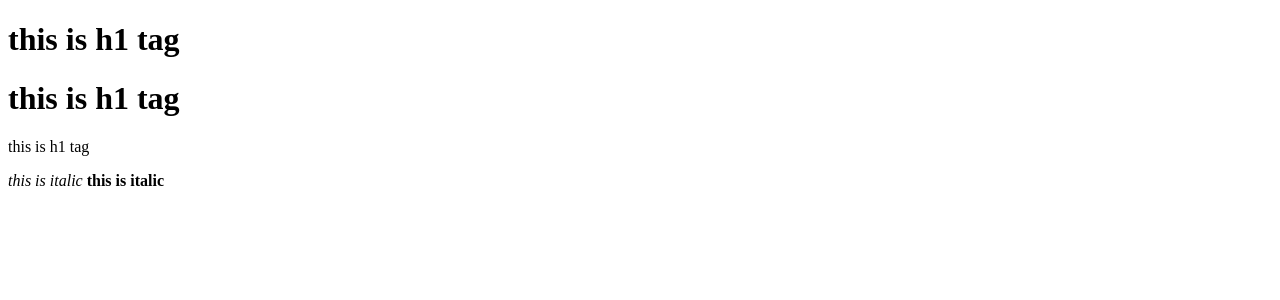
Repository: viveknaidu007/repo-113-HTML
Page: 7.html
The author's editor kept a copy of each file at every save. The page is drawn from the files as they stood at one save, then again after the next save.
The browser window is 1280 px wide. The pictures show the whole page.

Above is the page before, as saved 2024-06-12 23:21:50.

### 7.html
<!DOCTYPE html>
<html>
    <head>
        <title> image tag demo </title>
    </head>

    <body>
        <h1> this is h1 tag </h1>
        <h1> this is h1 tag </h1>
        <p> this is h1 tag </p>
        <i> this is italic </i>  <b> this is italic</b>


    </body>

</html>

After the next save:
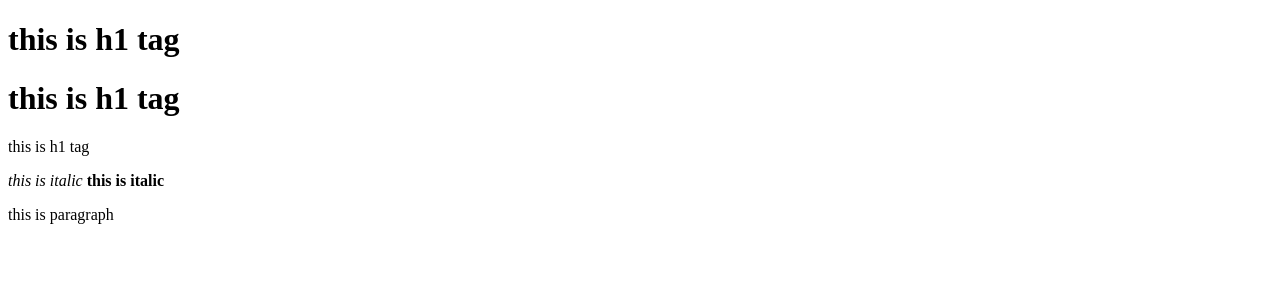
Saved 3 min 34 s later.
--- a/7.html
+++ b/7.html
@@ -9,7 +9,7 @@
         <h1> this is h1 tag </h1>
         <p> this is h1 tag </p>
         <i> this is italic </i>  <b> this is italic</b>
-
+        <p> this is paragraph</p>
 
     </body>
 
